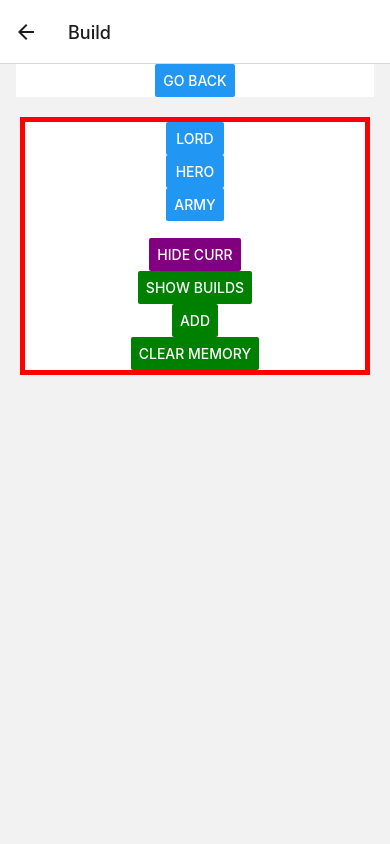
Repository: LingyuLiu11/mobile_app
Screen: /Build, after clicking the first element matching `div.r-paddingBottom-97e31f > button`
The author's editor kept a copy of each file at every save. The screen is drawn from the files as they stood at one save, then again after the next save.
The app was drawn by React Native's web renderer in a window 390 px wide. The project was rebuilt for these pictures with package versions that can differ from the ones it lists, and the page was loaded fresh each time. Also part of the build but not shown: components/Reviews.js.

Above is the screen before, as saved 2021-10-25 00:40:09.

### App.js
import * as React from 'react';
import { Image, TextInput, FlatList, StyleSheet, View, Button, Text, Animated } from 'react-native';
import { NavigationContainer } from '@react-navigation/native';

import { createStackNavigator } from '@react-navigation/stack';
import Reviews from './components/Reviews'
import AsyncStorage from '@react-native-async-storage/async-storage';
import Builds from './components/Builds'


const Separator = () => (
  <View style={styles.separator} />
);



function Main({ navigation }) {


  return (


    <div>
      <View style={styles.container}>
        <Text>Main screen</Text>
        <Separator />
        <Button
          margintop = '10'
          title="Go to Profile"
          onPress={() => navigation.navigate('Profile')}
        />
        <Separator />

      </View>
      <View style = {styles.container}>
        <Button
          margintop = '10'
          title="Go to About"
          onPress={() => navigation.navigate('About')}
        />
        <Separator />
      </View>
      <View style = {styles.container}>
        <Button
          margintop = '10'
          title="Go to Reviews"
          onPress={() => navigation.navigate('Review')}
        />
      </View>
       <Separator />

       <View style = {styles.container}>
        <Button
          margintop = '10'
          title="Build your army"
          onPress={() => navigation.navigate('Build')}
        />
      </View>

    </div>
  );
}

function Profile({ navigation }) {

  const [text, setText] = React.useState("Your name");
  return (
    <div>
      <View style={{ flex: 1, justifyContent: 'center', alignItems: 'center' }}>
        <Text>Profile screen</Text>
        <Separator />
        <Button title="Go back" onPress={() => navigation.goBack()} />
      </View>


      <View style={{ flex: 1, justifyContent: 'center', alignItems: 'center' }}>
        <TextInput
          style={styles.input}
          placeholder="Your name"
          value={text}
          onChangeText={text => setText(text)}
        />
        <Text style={{padding: 10, fontSize: 42}}>
        Hello {text.split(' ').map((word) => word ).join(' ')}
        </Text>
      </View>

      <View style={{ flex: 1, justifyContent: 'center', alignItems: 'center', flexDirection: "row" }}>
        <View style={{ flex: 1, justifyContent: 'center', alignItems: 'center' }}>
          <Image
            style={{
              resizeMode: "cover",
              height: 100,
              width: 200
            }}
            source={"https://upload.wikimedia.org/wikipedia/en/2/27/Total_War_Warhammer_3_cover_art.jpg"}
          />
          <Text>Totalwar Warhammer 3!</Text>
          </View>
        <Separator />
        <View style={{ flex: 1, justifyContent: 'center', alignItems: 'center' }}>
          <Image
            style={{
              resizeMode: "cover",
              height: 100,
              width: 200
            }}
            source={"https://www.nme.com/wp-content/uploads/2021/09/Total-Warhammer-3-Grand-Cathay-Dragon.jpg"}
          />
        <Text>Grand Cathay</Text>
        </View>
        <View style={{ flex: 1, justifyContent: 'center', alignItems: 'center' }}>

        <Image
          style={{
            resizeMode: "cover",
            height: 100,
            width: 200
          }}
          source={"https://encrypted-tbn0.gstatic.com/images?q=tbn:ANd9GcSM9n6tQzcRE8CXMXP5GXIIgYIF3wXVMZy4JA&usqp=CAU"}
        />
        <Text>Kislev</Text>
        </View>

      </View>


    </div>
  );
}

function About({ navigation }) {
  return (
    <div>
      <View style={{ flex: 1, justifyContent: 'center', alignItems: 'center' }}>
        <Text>About screen</Text>
        <Separator />
        <FlatList
          data={[
            {key: 'Lingyu Liu'},
            {key: 'CS 153A'},
            {key: 'Assignment2'},

          ]}
          renderItem={({item}) => <Text style={styles.item}>{item.key}</Text>}
        />

      </View>

      <View style = {styles.container}>
          <Button title="Go back" onPress={() => navigation.goBack()} />
      </View>
    </div>
  );
}

function Review({ navigation }) {
  return (
    <div>
      <View style = {styles.container}>
          <Button title="Go back" onPress={() => navigation.goBack()} />
      </View>
      <Reviews />
    </div>

  );
}

function Build({ navigation }) {
  return (
    <div>
      <View style = {styles.container}>
          <Button title="Go back" onPress={() => navigation.goBack()} />
      </View>
      <Builds />
    </div>

  );
}



const forFade = ({ current, next }) => {
  const opacity = Animated.add(
    current.progress,
    next ? next.progress : 0
  ).interpolate({
    inputRange: [0, 1, 2],
    outputRange: [0, 1, 0],
  });

  return {
    leftButtonStyle: { opacity },
    rightButtonStyle: { opacity },
    titleStyle: { opacity },
    backgroundStyle: { opacity },
  };
};

const Stack = createStackNavigator();

function MyStack() {
  return (
    <Stack.Navigator>
      <Stack.Screen
        name="Main"
        component={Main}
        options={{
          headerTintColor: 'white',
          headerStyle: { backgroundColor: 'tomato' },
        }}
      />
      <Stack.Screen
        name="Profile"
        component={Profile}
        options={{ headerStyleInterpolator: forFade }}
      />
      <Stack.Screen
        name="About"
        component={About}
        options={{ headerStyleInterpolator: forFade }}
      />
      <Stack.Screen
        name="Review"
        component={Review}
        options={{ headerStyleInterpolator: forFade }}
      />
      <Stack.Screen
        name="Build"
        component={Build}
        options={{ headerStyleInterpolator: forFade }}
      />



    </Stack.Navigator>
  );
}



export default function App() {
  return (
    <NavigationContainer>
      <MyStack />
    </NavigationContainer>
  );
}

const styles = StyleSheet.create({
  container: {
    flex: 1,
    justifyContent: 'center',
    alignItems: 'center',
    backgroundColor: '#fff',
    alignItems: 'center',
    justifyContent: 'center',
    marginHorizontal: 16,
  },
  separator: {
    marginVertical: 8,
    borderBottomColor: '#737373',
    borderBottomWidth: StyleSheet.hairlineWidth,
  },
  item: {
    padding: 10,
    fontSize: 18,
    height: 44,
  },
  input: {
    height: 40,
    margin: 12,
    borderWidth: 1,
    padding: 10,
  },
});

### components/Builds.js
import React, { useState, useEffect } from "react";
import { Image, TextInput, FlatList, StyleSheet, View, Button, Text, Animated, SafeAreaView, StatusBar } from 'react-native';
import AsyncStorage from '@react-native-async-storage/async-storage';

const Separator = () => (
    <View style={styles.separator} />
  );

const Builds = () => {
    const [builds, setBuilds] = useState([]);
    const [debugging,setDebugging] = useState(false)
    const [curr,setCurr] = useState('')
    const [currlooking,setCurrlooking] = useState(false)

    useEffect(() => {getData()}, []);

    let debugView = "";
    if (debugging) {
        debugView =
          <View>
              {builds.map((build) =>
              <View><Text style ={{color:'red'}}>{build}</Text></View>
            )}
            <Separator />
          </View>

      }

  let currView = "";
  if (currlooking) {
    currView =
      <View>

          <Text style ={{color:'blue'}}>{curr}</Text>

        <Separator />
      </View>
}



    const storeData = async (value) => {
        try {
          const jsonValue = JSON.stringify(value)
          await AsyncStorage.setItem('@reviews', jsonValue)
          console.log('just stored '+jsonValue)
        } catch (e) {
          console.dir(e)
        }
    }

    const getData = async() => {
      try {
        const jsonValue = await AsyncStorage.getItem('@reviews')
        let data = null
        if (jsonValue != null) {
          data = JSON.parse(jsonValue)
          setBuilds(data);
          setCurr('');
        } else {
          setBuilds([]);
          setCurr('')

        }
      } catch (e) {
        console.dir(e)
      }

    }



    const clearAll = async () => {
        try {
          console.log('in clearData')
          await AsyncStorage.clear()
        } catch(e) {
          console.log("error in clearData ")
          console.dir(e)
          // clear error
        }
  }


    const DATA = [
        {
          id: 'bd7acbea-c1b1-46c2-aed5-3ad53abb28ba',
          title: 'Lord',
        },
        {
          id: '3ac68afc-c605-48d3-a4f8-fbd91aa97f63',
          title: 'Hero',
        },
        {
          id: '58694a0f-3da1-471f-bd96-145571e29d72',
          title: 'Army',
        },
      ];

      const Item = ({ title }) => {
        return (
          <View style={styles.item}>
            <Button style={styles.title} title={title }
                onPress={()=> {
                    const newCurr = curr.concat(title + ' ');
                    setCurr(newCurr);
                    storeData(newCurr);
                  }}

            />
          </View>
        );
      }

        const renderItem = ({ item }) => (
          <Item title={item.title} />
        )
      return (
        <SafeAreaView style={styles.container}>
          <FlatList
            data={DATA}
            renderItem={renderItem}
            keyExtractor={item => item.id}
          />
          <Separator />
          <Button
                  title={(currlooking?'hide':'show')+" Curr" }
                  color="purple"
                  onPress = {() => setCurrlooking(!currlooking)}
                  />
          <currView/>
      <Button
                  title={(debugging?'hide':'show')+" Builds" }
                  color="green"
                  onPress = {() => setDebugging(!debugging)}
                  />
                  {debugView}

                  <Button
          color="green"
          title="Add"
          onPress={()=> {
            const newBuilds = builds.concat(curr);
            setBuilds(newBuilds);
            storeData(newBuilds);
            setCurr('');
          }}/>
          <Button
                  color='green' title='Clear memory'
                  onPress = {() => {
                        console.log('clearing memory');
                        clearAll()
                      }}
                />
        </SafeAreaView>


      );
}

const styles = StyleSheet.create({
    container: {
        flex: 1,
        flexDirection:'column',
        backgroundColor: '#fff',
        alignItems: 'center',
        justifyContent: 'center',
        border: "thick solid red",
        margin:"20px",
        padding:"20px",
      },
      separator: {
      marginVertical: 8,
      borderBottomColor: '#737373',
      borderBottomWidth: StyleSheet.hairlineWidth,
    },
  });

export default Builds;

After the next save:
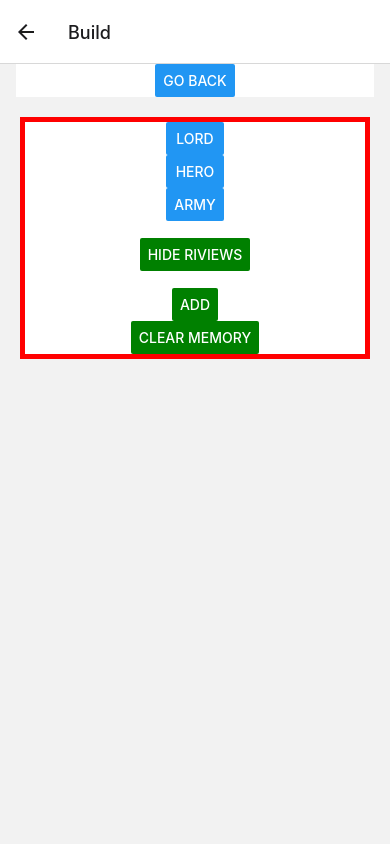
Saved 60 s later.
--- a/components/Builds.js
+++ b/components/Builds.js
@@ -15,19 +15,19 @@ const Builds = () => {
     useEffect(() => {getData()}, []);
 
     let debugView = "";
-    if (debugging) {
-        debugView =
-          <View>
-              {builds.map((build) =>
-              <View><Text style ={{color:'red'}}>{build}</Text></View>
-            )}
-            <Separator />
-          </View>
+  if (debugging) {
+    debugView =
+      <View>
+          {builds.map((build) =>
+          <View><Text style ={{color:'red'}}>{build}</Text></View>
+        )}
+        <Separator />
+      </View>
 
-      }
+  }
 
   let currView = "";
-  if (currlooking) {
+  if (debugging) {
     currView =
       <View>
 
@@ -123,14 +123,10 @@ const Builds = () => {
             keyExtractor={item => item.id}
           />
           <Separator />
-          <Button
-                  title={(currlooking?'hide':'show')+" Curr" }
-                  color="purple"
-                  onPress = {() => setCurrlooking(!currlooking)}
-                  />
+
           <currView/>
       <Button
-                  title={(debugging?'hide':'show')+" Builds" }
+                  title={(debugging?'hide':'show')+" Riviews" }
                   color="green"
                   onPress = {() => setDebugging(!debugging)}
                   />
